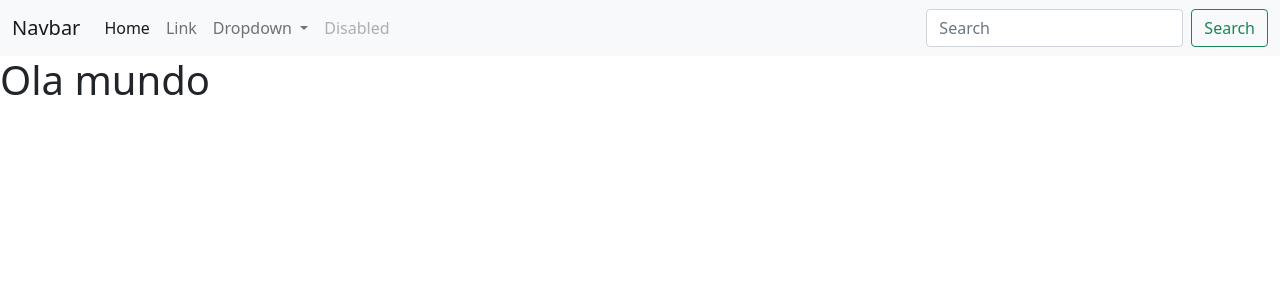
Repository: GabrielAzevedo99/back-end
Page: java-crud/src/main/webapp/index.html
These files come from the project's save history. The page is drawn as it stood at one moment and after the next save; the edit follows.
The browser window is 1280 px wide. The pictures show the whole page.

Above is the page before, as saved 2022-02-05 00:08:59.

After the next save:
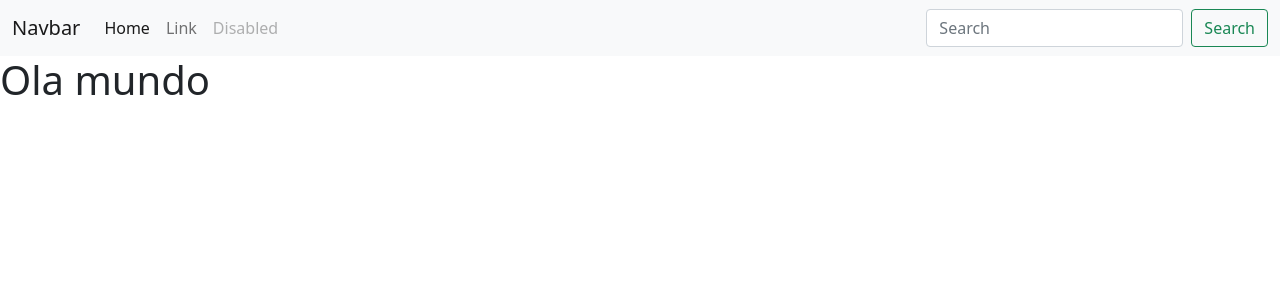
Saved 6 min 14 s later.
--- a/java-crud/src/main/webapp/index.html
+++ b/java-crud/src/main/webapp/index.html
@@ -21,17 +21,7 @@
         <li class="nav-item">
           <a class="nav-link" href="#">Link</a>
         </li>
-        <li class="nav-item dropdown">
-          <a class="nav-link dropdown-toggle" href="#" id="navbarDropdown" role="button" data-bs-toggle="dropdown" aria-expanded="false">
-            Dropdown
-          </a>
-          <ul class="dropdown-menu" aria-labelledby="navbarDropdown">
-            <li><a class="dropdown-item" href="#">Action</a></li>
-            <li><a class="dropdown-item" href="#">Another action</a></li>
-            <li><hr class="dropdown-divider"></li>
-            <li><a class="dropdown-item" href="#">Something else here</a></li>
-          </ul>
-        </li>
+
         <li class="nav-item">
           <a class="nav-link disabled">Disabled</a>
         </li>
